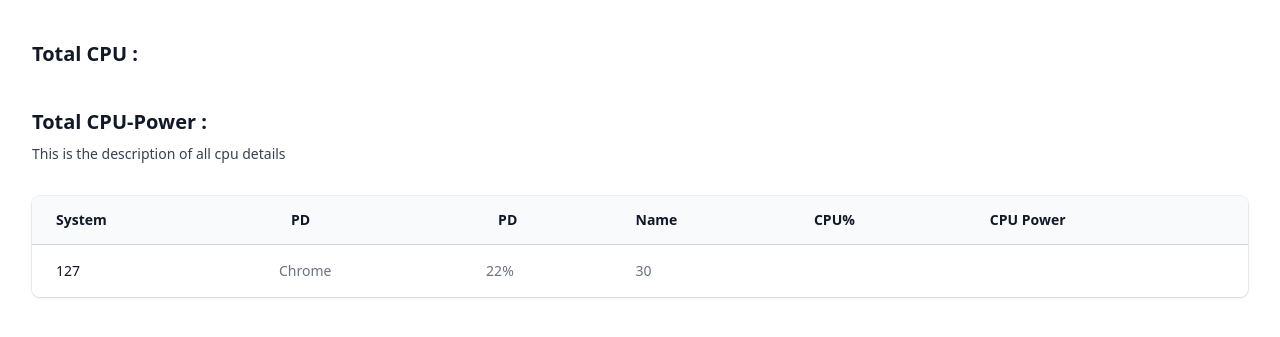
Repository: emorilebo/cpu-reader
Page: /
An editor plug-in stored every save of this project. The page is shown before and after the next save, followed by the edit.
The browser window is 1280 px wide. The pictures show the whole page.
The project was rebuilt for these pictures with package versions that can differ from the ones it lists, and the page was loaded fresh each time. The framework's server and built-in components were replaced by stand-ins that run in the browser. Also part of the build but not shown: next.config.js, styles/Home.module.css.

Above is the page before, as saved 2023-01-13 12:40:36.

### pages/index.js
import Head from 'next/head'
import Image from 'next/image'
import { Inter } from '@next/font/google'
import styles from '../styles/Home.module.css'
import Tables from '../components/Tables'

const inter = Inter({ subsets: ['latin'] })

export default function Home() {
  return (
    <>
      <Head>
        <title>Create Next App</title>
        <meta name="description" content="Generated by create next app" />
        <meta name="viewport" content="width=device-width, initial-scale=1" />
        <link rel="icon" href="/favicon.ico" />
      </Head>
      <main className="">
       <Tables/>
      </main>
    </>
  )
}

### styles/globals.css
@tailwind base;
@tailwind components;
@tailwind utilities;

/* :root {
  --max-width: 1100px;
  --border-radius: 12px;
  --font-mono: ui-monospace, Menlo, Monaco, "Cascadia Mono", "Segoe UI Mono",
    "Roboto Mono", "Oxygen Mono", "Ubuntu Monospace", "Source Code Pro",
    "Fira Mono", "Droid Sans Mono", "Courier New", monospace;

  --foreground-rgb: 0, 0, 0;
  --background-start-rgb: 214, 219, 220;
  --background-end-rgb: 255, 255, 255;

  --primary-glow: conic-gradient(
    from 180deg at 50% 50%,
    #16abff33 0deg,
    #0885ff33 55deg,
    #54d6ff33 120deg,
    #0071ff33 160deg,
    transparent 360deg
  );
  --secondary-glow: radial-gradient(
    rgba(255, 255, 255, 1),
    rgba(255, 255, 255, 0)
  );

  --tile-start-rgb: 239, 245, 249;
  --tile-end-rgb: 228, 232, 233;
  --tile-border: conic-gradient(
    #00000080,
    #00000040,
    #00000030,
    #00000020,
    #00000010,
    #00000010,
    #00000080
  );

  --callout-rgb: 238, 240, 241;
  --callout-border-rgb: 172, 175, 176;
  --card-rgb: 180, 185, 188;
  --card-border-rgb: 131, 134, 135;
}

@media (prefers-color-scheme: dark) {
  :root {
    --foreground-rgb: 255, 255, 255;
    --background-start-rgb: 0, 0, 0;
    --background-end-rgb: 0, 0, 0;

    --primary-glow: radial-gradient(rgba(1, 65, 255, 0.4), rgba(1, 65, 255, 0));
    --secondary-glow: linear-gradient(
      to bottom right,
      rgba(1, 65, 255, 0),
      rgba(1, 65, 255, 0),
      rgba(1, 65, 255, 0.3)
    );

    --tile-start-rgb: 2, 13, 46;
    --tile-end-rgb: 2, 5, 19;
    --tile-border: conic-gradient(
      #ffffff80,
      #ffffff40,
      #ffffff30,
      #ffffff20,
      #ffffff10,
      #ffffff10,
      #ffffff80
    );

    --callout-rgb: 20, 20, 20;
    --callout-border-rgb: 108, 108, 108;
    --card-rgb: 100, 100, 100;
    --card-border-rgb: 200, 200, 200;
  }
}

* {
  box-sizing: border-box;
  padding: 0;
  margin: 0;
}

html,
body {
  max-width: 100vw;
  overflow-x: hidden;
}

body {
  color: rgb(var(--foreground-rgb));
  background: linear-gradient(
      to bottom,
      transparent,
      rgb(var(--background-end-rgb))
    )
    rgb(var(--background-start-rgb));
}

a {
  color: inherit;
  text-decoration: none;
}

@media (prefers-color-scheme: dark) {
  html {
    color-scheme: dark;
  }
} */

### components/Tables.jsx
import React from "react";

const cpus = [
  {
    pd: "127",
    name: "Chrome",
    cpupercent: "22%",
    cpupower: "30",
  },
  // More people...
];

export default function Tables() {
  return (
    <div className="px-4 sm:px-6 lg:px-8">
      <div className="sm:flex sm:items-center">
        <div className="sm:flex-auto">
          <h1 className=" mt-10 text-xl font-semibold text-gray-900">
            Total CPU :{" "}
          </h1>
          <h1 className=" mt-10 text-xl font-semibold text-gray-900">
            Total CPU-Power :{" "}
          </h1>
          <p className="mt-2 text-sm text-gray-700">
            This is the description of all cpu details
          </p>
        </div>
      </div>
      <div className="mt-8 flex flex-col">
        <div className="-my-2 -mx-4 overflow-x-auto sm:-mx-6 lg:-mx-8">
          <div className="inline-block min-w-full py-2 align-middle md:px-6 lg:px-8">
            <div className="overflow-hidden shadow ring-1 ring-black ring-opacity-5 md:rounded-lg">
              <table className="min-w-full divide-y divide-gray-300">
                <thead className="bg-gray-50">
                  <tr>
                    <th
                      scope="col"
                      className="py-3.5 pl-4 pr-3 text-left text-sm font-semibold text-gray-900 sm:pl-6"
                    >
                      System
                    </th>
                    <th
                      scope="col"
                      className="py-3.5 pl-4 pr-3 text-left text-sm font-semibold text-gray-900 sm:pl-6"
                    >
                      PD
                    </th>
                    <th
                      scope="col"
                      className="py-3.5 pl-4 pr-3 text-left text-sm font-semibold text-gray-900 sm:pl-6"
                    >
                      PD
                    </th>
                    <th
                      scope="col"
                      className="px-3 py-3.5 text-left text-sm font-semibold text-gray-900"
                    >
                      Name
                    </th>
                    <th
                      scope="col"
                      className="px-3 py-3.5 text-left text-sm font-semibold text-gray-900"
                    >
                      CPU%
                    </th>
                    <th
                      scope="col"
                      className="px-3 py-3.5 text-left text-sm font-semibold text-gray-900"
                    >
                      CPU Power
                    </th>
                  </tr>
                </thead>
                <tbody className="divide-y divide-gray-200 bg-white">
                  {cpus.map((cpu) => (
                    <tr key={cpu.cpupercent}>
                      <td className="whitespace-nowrap py-4 pl-4 pr-3 text-sm font-medium text-gray-900 sm:pl-6">
                        {cpu.pd}
                      </td>
                      <td className="whitespace-nowrap px-3 py-4 text-sm text-gray-500">
                        {cpu.name}
                      </td>
                      <td className="whitespace-nowrap px-3 py-4 text-sm text-gray-500">
                        {cpu.cpupercent}
                      </td>
                      <td className="whitespace-nowrap px-3 py-4 text-sm text-gray-500">
                        {cpu.cpupower}
                      </td>
                    </tr>
                  ))}
                </tbody>
              </table>
            </div>
          </div>
        </div>
      </div>
    </div>
  );
}

Loaded but not shown: pages/_app.js (common file); pages/_document.js (common file); tailwind.config.js (common file)

After the next save:
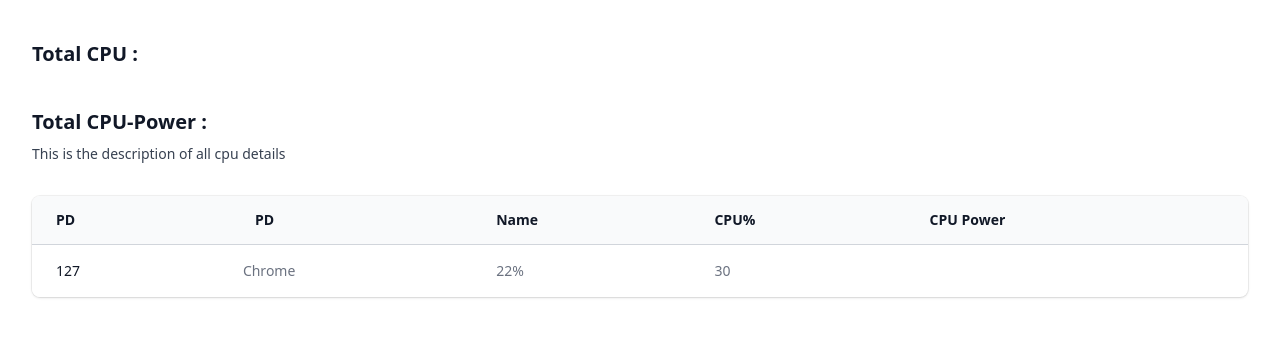
Saved 17 s later.
--- a/components/Tables.jsx
+++ b/components/Tables.jsx
@@ -33,12 +33,7 @@ export default function Tables() {
               <table className="min-w-full divide-y divide-gray-300">
                 <thead className="bg-gray-50">
                   <tr>
-                    <th
-                      scope="col"
-                      className="py-3.5 pl-4 pr-3 text-left text-sm font-semibold text-gray-900 sm:pl-6"
-                    >
-                      System
-                    </th>
+
                     <th
                       scope="col"
                       className="py-3.5 pl-4 pr-3 text-left text-sm font-semibold text-gray-900 sm:pl-6"
